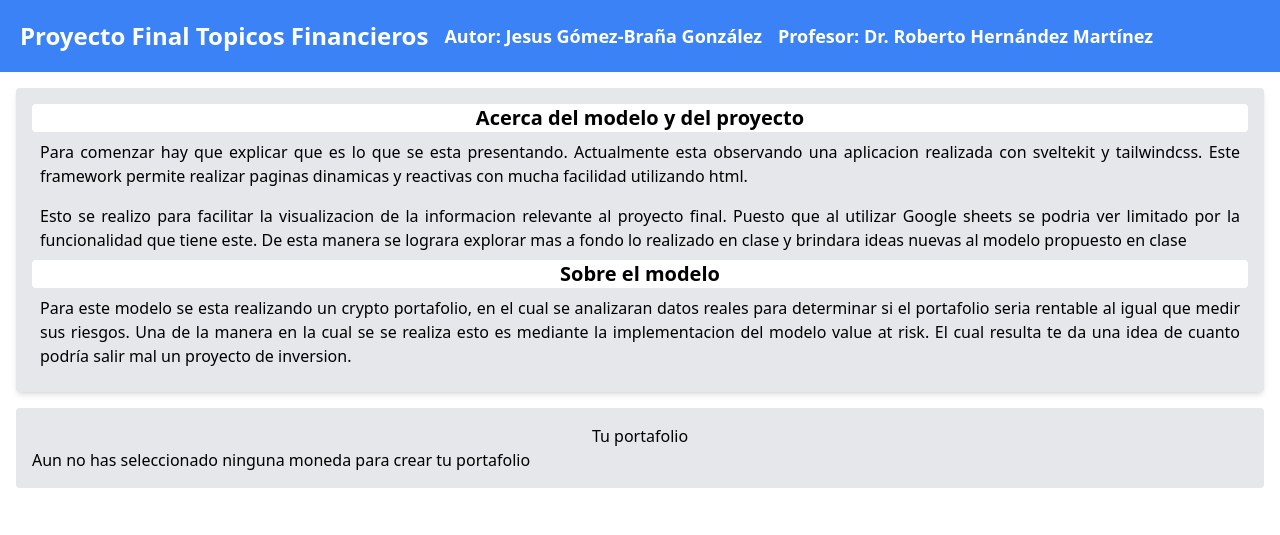
Repository: SistemaACT/Portafolio
Page: /
These files come from the project's save history. The page is drawn as it stood at one moment and after the next save; the edit follows.
The browser window is 1280 px wide. The pictures show the whole page.
The page's requests for data from a server got no answer. The project was rebuilt for these pictures with package versions that can differ from the ones it lists, and the page was loaded fresh each time. The framework's server and built-in components were replaced by stand-ins that run in the browser. No one was signed in, and anything a server would have sent is missing. Also part of the build but not shown: svelte.config.js, vite.config.ts.

Above is the page before, as saved 2024-07-07 12:29:47.

### src/routes/+page.svelte
<script lang="ts">
    import { onMount } from "svelte";
    let coins:any;
    onMount(async () => {
      try {
        let res = await fetch("https://private-coingecko-api.vercel.app/API", {
          method: "POST",
          headers: {
            'x-api-key': "YOUR_VALID_API_KEY",
            "Content-Type": "application/json",
          },
          body: JSON.stringify({
            func: "get_coin_list",
            params: [],
          }),
        });
        coins = await res.json()
        console.log(coins);

      } catch (error) {
        console.error(error);
      }
    });

    let selected_coins:{id:string,name:string,symbol:string}[] = []

  </script>





<div class="w-full bg-blue-500 text-white p-5 text-2xl font-bold flex items-center  space-x-4 ">
    <h1>
        Proyecto Final Topicos Financieros
    </h1>
    <p class="text-lg">Autor: Jesus Gómez-Braña González</p>
    <p class="text-lg">Profesor: Dr. Roberto Hernández Martínez</p>

</div>

<div class="bg-gray-200 rounded p-4 flex flex-col items-center m-4 shadow-md">
    <h2 class="w-full bg-white rounded text-xl font-bold text-center">Acerca del modelo y del proyecto</h2>
    <p class="text-justify p-2">
        Para comenzar hay que explicar que es lo que se esta presentando. Actualmente
        esta observando una aplicacion realizada con sveltekit y tailwindcss. Este framework permite
        realizar paginas dinamicas y reactivas con mucha facilidad utilizando html.
    </p>
    <p class="text-justify p-2">
        Esto se realizo para facilitar la visualizacion de la informacion relevante al proyecto final.
        Puesto que al utilizar Google sheets se podria ver limitado por la funcionalidad que tiene este.
        De esta manera se lograra explorar mas a fondo lo realizado en clase y brindara ideas nuevas al modelo
        propuesto en clase
    </p>
    <h3 class="w-full bg-white rounded text-xl font-bold text-center">Sobre el modelo</h3>
    <p class="text-justify p-2">
        Para este modelo se esta realizando un crypto portafolio, en el cual se analizaran datos reales para
        determinar si el portafolio seria rentable al igual que medir sus riesgos. Una de la manera en la cual se
        se realiza esto es mediante la implementacion del modelo value at risk. El cual resulta te da una idea de cuanto podría salir mal un proyecto de inversion.
    </p>
</div>

{#if coins}
<form class="w-full m-4 p-4 bg-gray-200 rounded flex justify-start space-x-5 items-center" >
<h2 class="font-bold">Crea tu portafolio Maximo 7 monedas</h2>
<input type="text" class="rounded border border-black bg-white" list="Selected_coin">
<datalist id="Selected_coin" >
  {#each coins as coin }
    <option value={coin.id}>{coin.name}</option>
  {/each}
</datalist>
<button class="p-2 bg-blue-500 text-white rounded" type="submit">Agregar moneda</button>
</form>
{/if}

<div class="m-4 p-4 bg-gray-200 rounded">
  <h2 class="w-full text-center">Tu portafolio</h2>
  {#if selected_coins.length==0}
    <p>Aun no has seleccionado ninguna moneda para crear tu portafolio</p>
  {:else}
    {#each selected_coins as coin}
      <div>
        <p>Id:{coin.id}</p>
        <p>Name:{coin.name}</p>
        <p>Symbol:{coin.symbol}</p>
      </div>
    {/each}
  {/if}
</div>

Loaded but not shown: src/app.html (common file); src/routes/+layout.svelte (common file); src/app.css (common file); tailwind.config.js (common file)

After the next save:
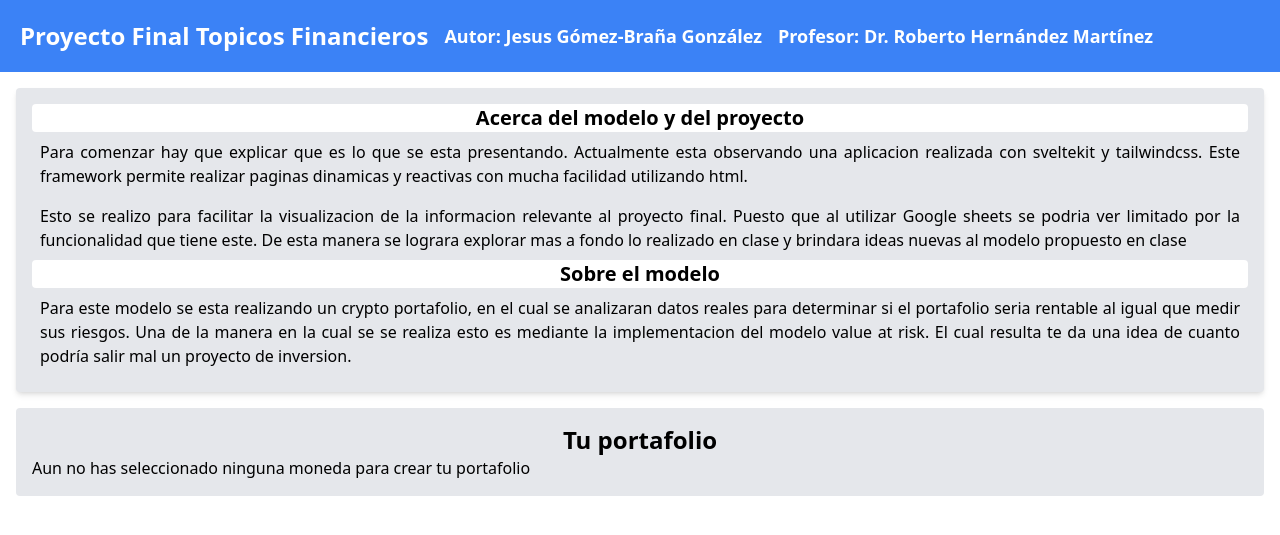
Saved 7 s later.
--- a/src/routes/+page.svelte
+++ b/src/routes/+page.svelte
@@ -74,7 +74,7 @@
 {/if}
 
 <div class="m-4 p-4 bg-gray-200 rounded">
-  <h2 class="w-full text-center">Tu portafolio</h2>
+  <h2 class="w-full text-center text-2xl font-bold">Tu portafolio</h2>
   {#if selected_coins.length==0}
     <p>Aun no has seleccionado ninguna moneda para crear tu portafolio</p>
   {:else}
